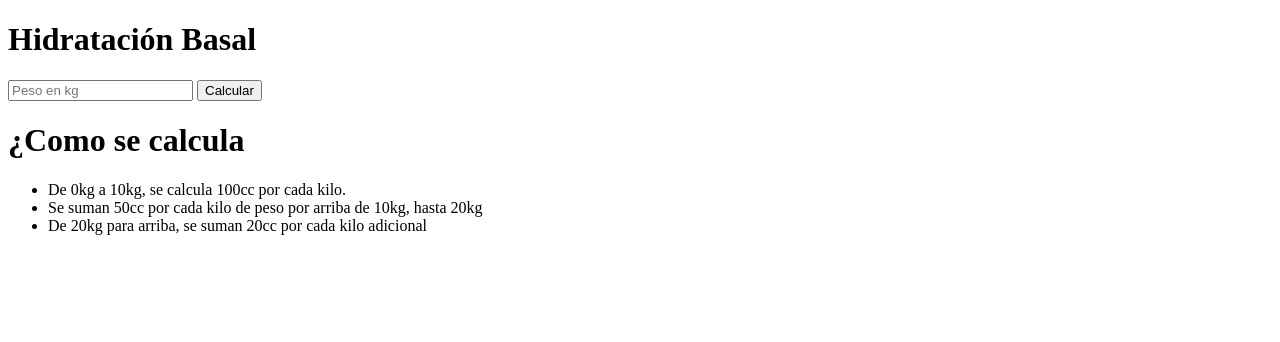
Repository: Fredy452/calculadora_basal
Page: index.html
The author's editor kept a copy of each file at every save. The page is drawn from the files as they stood at one save, then again after the next save.
The browser window is 1280 px wide. The pictures show the whole page.

Above is the page before, as saved 2023-04-20 07:36:58.

### index.html
<!DOCTYPE html>
<html lang="en">
<head>
    <meta charset="UTF-8">
    <meta http-equiv="X-UA-Compatible" content="IE=edge">
    <meta name="viewport" content="width=device-width, initial-scale=1.0">
    <title>Calculadora de hidratación</title>
</head>
<body>
    <div>
        <h1>Hidratación Basal</h1>
        <input type="number" name="peso" id="peso" placeholder="Peso en kg">
        <button>Calcular</button>
    </div>
    <div>
        <h1>¿Como se calcula</h1>
        <ul>
            <li>De 0kg a 10kg, se calcula 100cc por cada kilo.</li>
            <li>Se suman 50cc por cada kilo de peso por arriba de 10kg, hasta 20kg</li>
            <li>De 20kg para arriba, se suman 20cc por cada kilo adicional</li>
        </ul>
    </div>
</body>
</html>

After the next save:
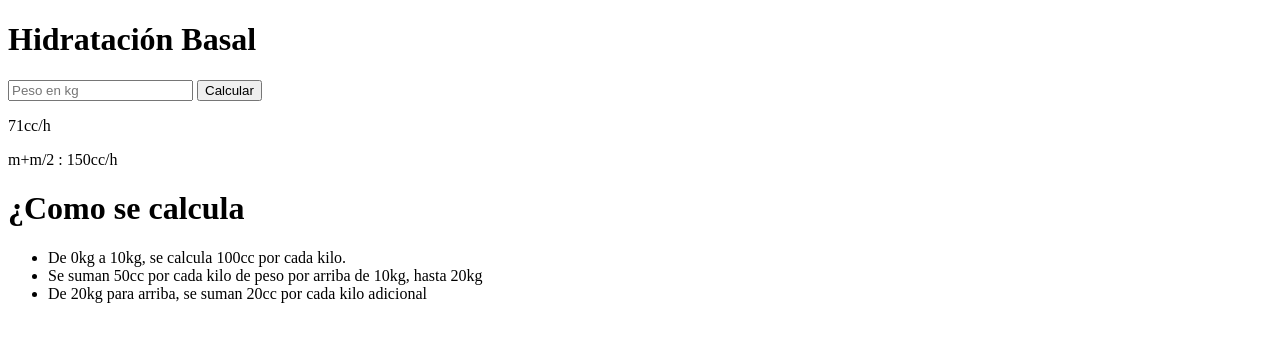
Saved 2 min 43 s later.
--- a/index.html
+++ b/index.html
@@ -11,6 +11,8 @@
         <h1>Hidratación Basal</h1>
         <input type="number" name="peso" id="peso" placeholder="Peso en kg">
         <button>Calcular</button>
+        <p>71cc/h</p>
+        <p>m+m/2 : 150cc/h</p>
     </div>
     <div>
         <h1>¿Como se calcula</h1>
